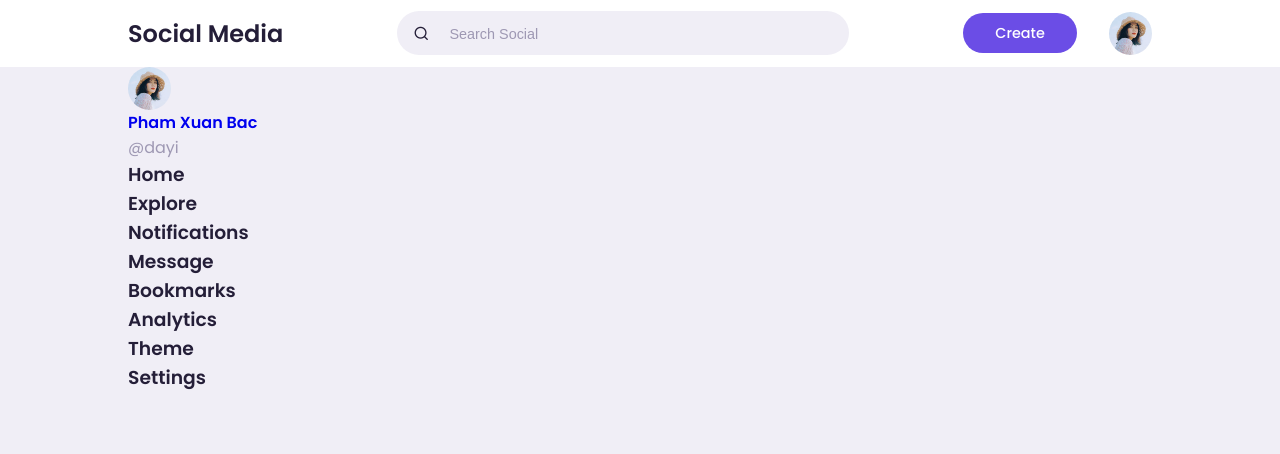
Repository: northpx/socialMedia
Page: index.html
The author's editor kept a copy of each file at every save. The page is drawn from the files as they stood at one save, then again after the next save.
The browser window is 1280 px wide. The pictures show the whole page.

Above is the page before, as saved 2023-03-07 16:56:36.

### index.html
<!DOCTYPE html>
<html lang="en">
<head>
    <meta charset="UTF-8">
    <meta http-equiv="X-UA-Compatible" content="IE=edge">
    <meta name="viewport" content="width=device-width, initial-scale=1.0">
    <link rel="stylesheet" href="/css/style.css">
    <link rel="stylesheet" href="https://unicons.iconscout.com/release/v4.0.0/css/line.css">
    <title>Social Media</title>
</head>
<body>
    <nav>
        <div class="container">
            <h2 class="logo">
                Social Media
            </h2>
            <div class="search-bar">
                <i class="uil uil-search"></i>
                <input type="search" placeholder="Search Social">
            </div>
            <div class="create">
                <label for="create-post" class="btn btn-primary">Create</label>
                <div class="profile-picture">
                    <img src="./images/profile-1.jpg" alt="">
                </div>
            </div>
        </div>
    </nav>

    <main>
        <div class="container">
            <!-- ===========LEFT================ -->
            <div class="left">
                <a href="#" class="profile">
                    <div class="profile-picture">
                        <img src="./images/profile-1.jpg" alt="">
                    </div>
                    <div class="handle">
                        <h4>Pham Xuan Bac</h4>
                        <p class="text-muted">
                            @dayi
                        </p>
                    </div>
                </a>
                <!-- =================SIDEBAR=========== -->
                <div class="sidebar">
                    <a class="menu-item">
                        <span></span><h3>Home</h3>
                        <span></span><h3>Explore</h3>
                        <span></span><h3>Notifications</h3>
                        <span></span><h3>Message</h3>
                        <span></span><h3>Bookmarks</h3>
                        <span></span><h3>Analytics</h3>
                        <span></span><h3>Theme</h3>
                        <span></span><h3>Settings</h3>
                    </a>
                </div>
            </div>
            <!-- ===============MIDDLE============== -->
            <div class="middle">

            </div>
            <!-- ==============RIGHT============== -->
            <div class="right">

            </div>
        </div>
    </main>
</body>
</html>

### css/style.css
@import url("https://fonts.googleapis.com/css2?family=Poppins:ital,wght@0,400;0,500;0,600;1,400;1,500;1,600&family=Roboto:ital,wght@0,100;0,300;0,400;0,500;0,700;0,900;1,100;1,300;1,400;1,500;1,700;1,900&display=swap");
:root {
  --color-white: hsl(252,30%,100%);
  --color-light: hsl(252,30%,95%);
  --color-gray: hsl(252,15%,65%);
  --color-primary: hsl(252,75%,60%);
  --color-secondary: hsl(252,100%,90%);
  --color-success: hsl(120,95%,65%);
  --color-danger: hsl(0,95%,65%);
  --color-dark: hsl(252,30%,17%);
  --color-black: hsl(252,30%,10%);
  --border-radius: 2rem;
  --card-border-radius: 1rem;
  --btn-padding: 0.6rem 2rem;
  --search-padding: 0.6rem 1rem;
  --card-padding: 1rem;
  --sticky-top-left: 5.4rem;
  --sticky-top-right: -18rem;
}

*, *::before, *::after {
  margin: 0;
  padding: 0;
  outline: 0;
  box-sizing: border-box;
  text-decoration: none;
  list-style: none;
  border: none;
}

body {
  font-family: "Poppins", sans-serif;
  color: var(--color-dark);
  background: var(--color-light);
  overflow-x: hidden;
}

.container{
    width: 80%;
    margin: 0 auto;
}

.profile-picture{
    width: 2.7rem;
    aspect-ratio: 1/1;
    border-radius: 50%;
    overflow: hidden;
}

img{
    display: block;
    width: 100%;
}

.btn{
    display:  inline-block;
    padding: var(--btn-padding);
    font-weight: 500;
    border-radius: var(--border-radius);
    cursor: pointer;
    transition: all .3s ease;
    font-size: 0.9rem;
}

.btn:hover{
    opacity: 0.8;
}

.btn-primary{
    background: var(--color-primary);
    color: white;
}

.text-bold{
    font-weight: 500;
}

.text-muted{
    color: var(--color-gray);
}

nav{
    width: 100%;
    background: var(--color-white);
    padding: 0.7rem 0;
    top: 0;
    z-index: 10;
}

nav .container{
    display: flex;
    align-items: center;
    justify-content: space-between;
}

nav .search-bar{
    background: var(--color-light);
    border-radius: var(--border-radius);
    padding: var(--search-padding);
}

nav .search-bar input[type="search"]{
    background: transparent;
    width: 30vw;
    margin-left: 1rem;
    font-size: 0.9rem;
    color: var(--color-dark);
}

nav .search-bar input[type="search"]::placeholder{
    color: var(--color-gray);

}

nav .create{
    display: flex;
    align-items: center;
    gap: 2rem;
}

After the next save:
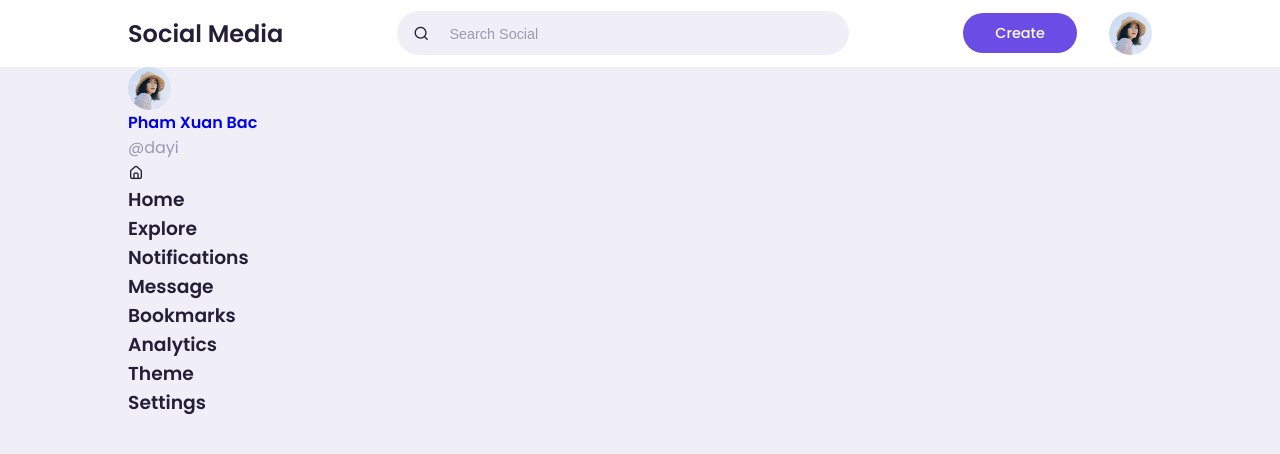
Saved 51 s later.
--- a/index.html
+++ b/index.html
@@ -45,7 +45,7 @@
                 <!-- =================SIDEBAR=========== -->
                 <div class="sidebar">
                     <a class="menu-item">
-                        <span></span><h3>Home</h3>
+                        <span><i class="uil uil-estate"></i></span><h3>Home</h3>
                         <span></span><h3>Explore</h3>
                         <span></span><h3>Notifications</h3>
                         <span></span><h3>Message</h3>
